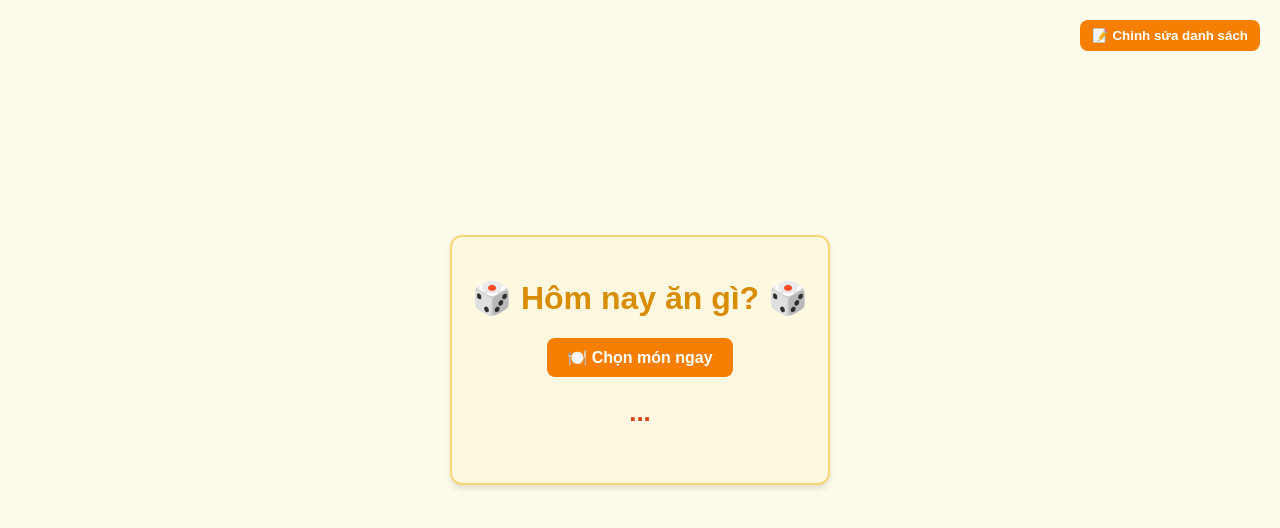
Repository: NT912/What-s-food-today-
Page: index.html
These files come from the project's save history. The page is drawn as it stood at one moment and after the next save; the edit follows.
The browser window is 1280 px wide. The pictures show the whole page.

Above is the page before, as saved 2024-12-17 21:05:51.

### index.html
<!DOCTYPE html>
<html lang="vi">

<head>
  <meta charset="UTF-8">
  <meta name="viewport" content="width=device-width, initial-scale=1.0">
  <title>Random Món Ăn</title>
  <link rel="stylesheet" href="style.css">
</head>

<body>
  <!-- Random Section -->
  <div class="container">
    <h1>🎲 Hôm nay ăn gì? 🎲</h1>
    <button id="randomBtn" onclick="startRandom()">🍽️ Chọn món ngay</button>
    <p id="randomFood">...</p>
  </div>

  <!-- Edit Button -->
  <button class="edit-btn" onclick="openPopup()">📝 Chỉnh sửa danh sách</button>

  <!-- Popup chỉnh sửa danh sách -->
  <div id="popup" class="popup">
    <div class="popup-content">
      <span class="close-btn" onclick="closePopup()">❌</span>
      <h2>📋 Danh sách món ăn</h2>
      <ul id="foodList"></ul>
      <div class="controls">
        <input type="text" id="foodInput" placeholder="Tên món ăn...">
        <input type="text" id="addressInput" placeholder="Địa chỉ (tùy chọn)...">
        <button onclick="addFood()">➕ Thêm</button>
      </div>
    </div>
  </div>

  <!-- Popup kết quả -->
  <div id="resultPopup" class="popup">
    <div class="result-content" id="resultPopupContent"></div>
  </div>

  <script src="script.js"></script>
</body>

</html>

### style.css
/* General Styles */
body {
  font-family: "Arial", sans-serif;
  margin: 0;
  background-color: #fffbea; /* Nền vàng nhẹ */
  color: #333;
  display: flex;
  justify-content: center;
  align-items: center;
  height: 100vh;
  overflow: hidden;
}

h1 {
  color: #d88c00; /* Cam vàng đậm */
}

.container {
  text-align: center;
  background: #fff8e1; /* Vàng nhạt */
  border: 2px solid #f5d77a;
  padding: 20px;
  border-radius: 12px;
  box-shadow: 0 4px 6px rgba(0, 0, 0, 0.1);
}

#randomBtn {
  background: #f77f00; /* Cam đậm */
  color: #fff;
  border: none;
  padding: 10px 20px;
  font-size: 16px;
  font-weight: bold;
  border-radius: 8px;
  cursor: pointer;
  transition: transform 0.2s, background 0.3s;
}

#randomBtn:hover {
  transform: scale(1.1);
  background: #e76f00;
}

#randomFood {
  margin-top: 20px;
  font-size: 26px;
  color: #d84315; /* Cam đậm */
  font-weight: bold;
  height: 40px;
}

/* Edit Button */
.edit-btn {
  position: absolute;
  top: 20px;
  right: 20px;
  background: #f77f00;
  color: white;
  padding: 8px 12px;
  border: none;
  border-radius: 8px;
  cursor: pointer;
  font-weight: bold;
}

.edit-btn:hover {
  background: #e76f00;
}

/* Popup chung */
.popup {
  display: none;
  position: fixed;
  top: 0;
  left: 0;
  width: 100%;
  height: 100%;
  background-color: rgba(0, 0, 0, 0.5);
  justify-content: center;
  align-items: center;
  z-index: 1000;
}

.popup-content {
  background: #fff8e1;
  padding: 30px;
  border-radius: 12px;
  text-align: center;
  width: 400px;
}

li {
  background: #fff5cc;
  margin: 5px 0;
  padding: 8px 12px;
  display: flex;
  justify-content: space-between;
  border-radius: 8px;
  border: 1px solid #f5d77a;
}

li div {
  text-align: left;
}

li strong {
  font-size: 16px;
  color: #d84315;
}

li small {
  font-size: 12px;
  color: #666;
}

### script.js
let foodList = [
  { name: "Mì quảng tôm thịt", addresses: [] },
  { name: "Bánh cuốn", addresses: [] },
  { name: "Bún nước KonTum", addresses: [] },
  { name: "Cút lộn xào me", addresses: [] },
  { name: "Ốc đinh", addresses: [] },
  { name: "Mì cay", addresses: [] },
  { name: "Bún bò", addresses: [] },
  { name: "Chè", addresses: [] },
  { name: "Bánh mì chảo", addresses: [] },
  { name: "Mì trộn", addresses: [] },
  { name: "Xôi", addresses: [] },
  { name: "Bún ram chay", addresses: [] },
  { name: "Bún thịt nướng", addresses: [] },
  { name: "Bún chả", addresses: [] },
  { name: "Bánh canh", addresses: [] },
  { name: "Phở khô gia lai", addresses: [] },
  { name: "Ram cuốn cải", addresses: [] },
  { name: "Bánh bèo", addresses: [] },
  { name: "Bánh căn", addresses: [] },
  { name: "Kem bơ", addresses: [] },
];

function renderList() {
  const list = document.getElementById("foodList");
  list.innerHTML = "";
  foodList.forEach((item, index) => {
    list.innerHTML += `
            <li>
                <div>
                    <strong>${item.name}</strong>
                    <br><small>${
                      item.addresses.length > 0
                        ? item.addresses.join(", ")
                        : "Chưa có địa chỉ"
                    }</small>
                </div>
                <button onclick="deleteFood(${index})">❌</button>
            </li>
        `;
  });
}

function addFood() {
  const foodInput = document.getElementById("foodInput");
  const addressInput = document.getElementById("addressInput");
  const foodName = foodInput.value.trim();
  const address = addressInput.value.trim();

  if (foodName) {
    foodList.push({ name: foodName, addresses: address ? [address] : [] });
    renderList();
    foodInput.value = "";
    addressInput.value = "";
  }
}

function deleteFood(index) {
  foodList.splice(index, 1);
  renderList();
}

function startRandom() {
  const result = document.getElementById("randomFood");
  let index = Math.floor(Math.random() * foodList.length);
  const selected = foodList[index];
  result.textContent = `🍽️ ${selected.name}`;
  showResultPopup(
    selected.name,
    selected.addresses.length ? selected.addresses[0] : "Không có địa chỉ"
  );
}

function showResultPopup(food, address) {
  const popup = document.getElementById("resultPopup");
  const popupContent = document.getElementById("resultPopupContent");
  popupContent.innerHTML = `🎉 Món ăn hôm nay là: <br><strong>${food}</strong><br>📍 ${address}`;
  popup.style.display = "flex";
}

function closePopup() {
  document.getElementById("popup").style.display = "none";
}

window.onload = renderList;

After the next save:
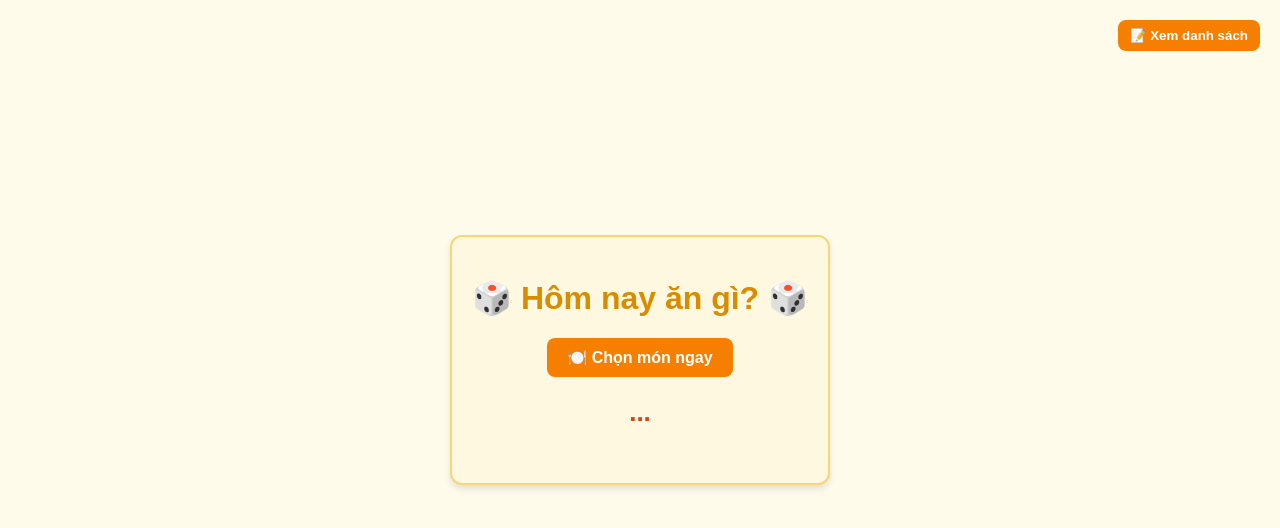
Saved 72 s later.
--- a/index.html
+++ b/index.html
@@ -9,15 +9,15 @@
 </head>
 
 <body>
-  <!-- Random Section -->
+  <!-- Phần random món ăn -->
   <div class="container">
     <h1>🎲 Hôm nay ăn gì? 🎲</h1>
     <button id="randomBtn" onclick="startRandom()">🍽️ Chọn món ngay</button>
     <p id="randomFood">...</p>
   </div>
 
-  <!-- Edit Button -->
-  <button class="edit-btn" onclick="openPopup()">📝 Chỉnh sửa danh sách</button>
+  <!-- Nút mở popup danh sách -->
+  <button class="edit-btn" onclick="openPopup()">📝 Xem danh sách</button>
 
   <!-- Popup chỉnh sửa danh sách -->
   <div id="popup" class="popup">
@@ -33,7 +33,7 @@
     </div>
   </div>
 
-  <!-- Popup kết quả -->
+  <!-- Popup kết quả chúc mừng -->
   <div id="resultPopup" class="popup">
     <div class="result-content" id="resultPopupContent"></div>
   </div>
